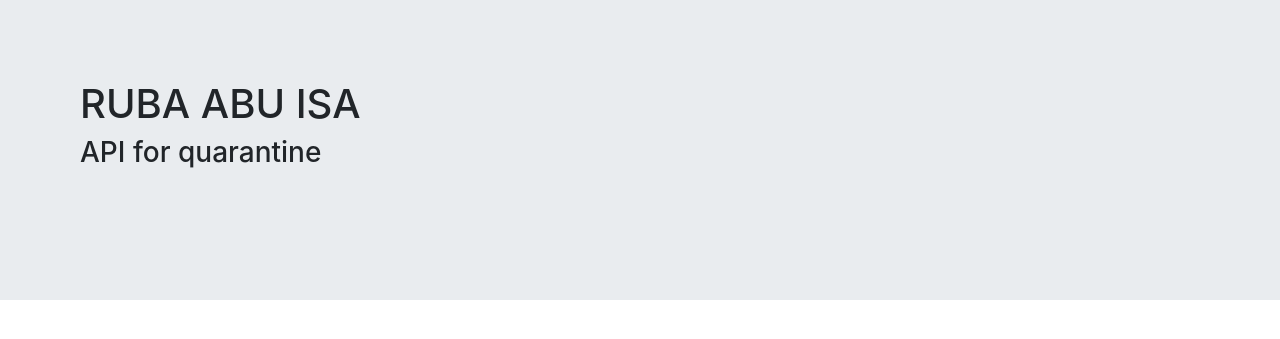
Repository: rubaabu/Fullstack-bitberry
Page: server/index.html
An editor plug-in stored every save of this project. The page is shown before and after the next save, followed by the edit.
The browser window is 1280 px wide. The pictures show the whole page.

Above is the page before, as saved 2020-04-02 15:47:57.

After the next save:
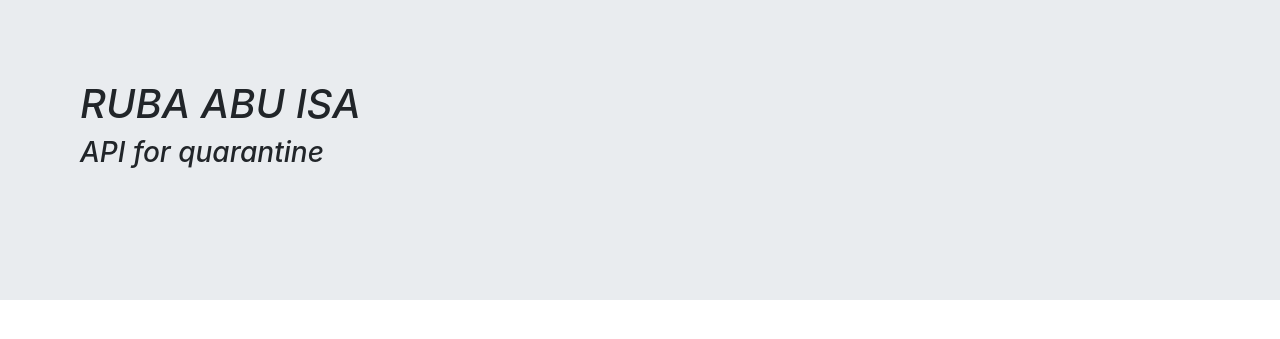
Saved 20 s later.
--- a/server/style.css
+++ b/server/style.css
@@ -5,5 +5,5 @@ header {
     padding-top: 80px;
 }
 header .header {
-    font-weight: 1000;
+    font-style: italic;
 }
